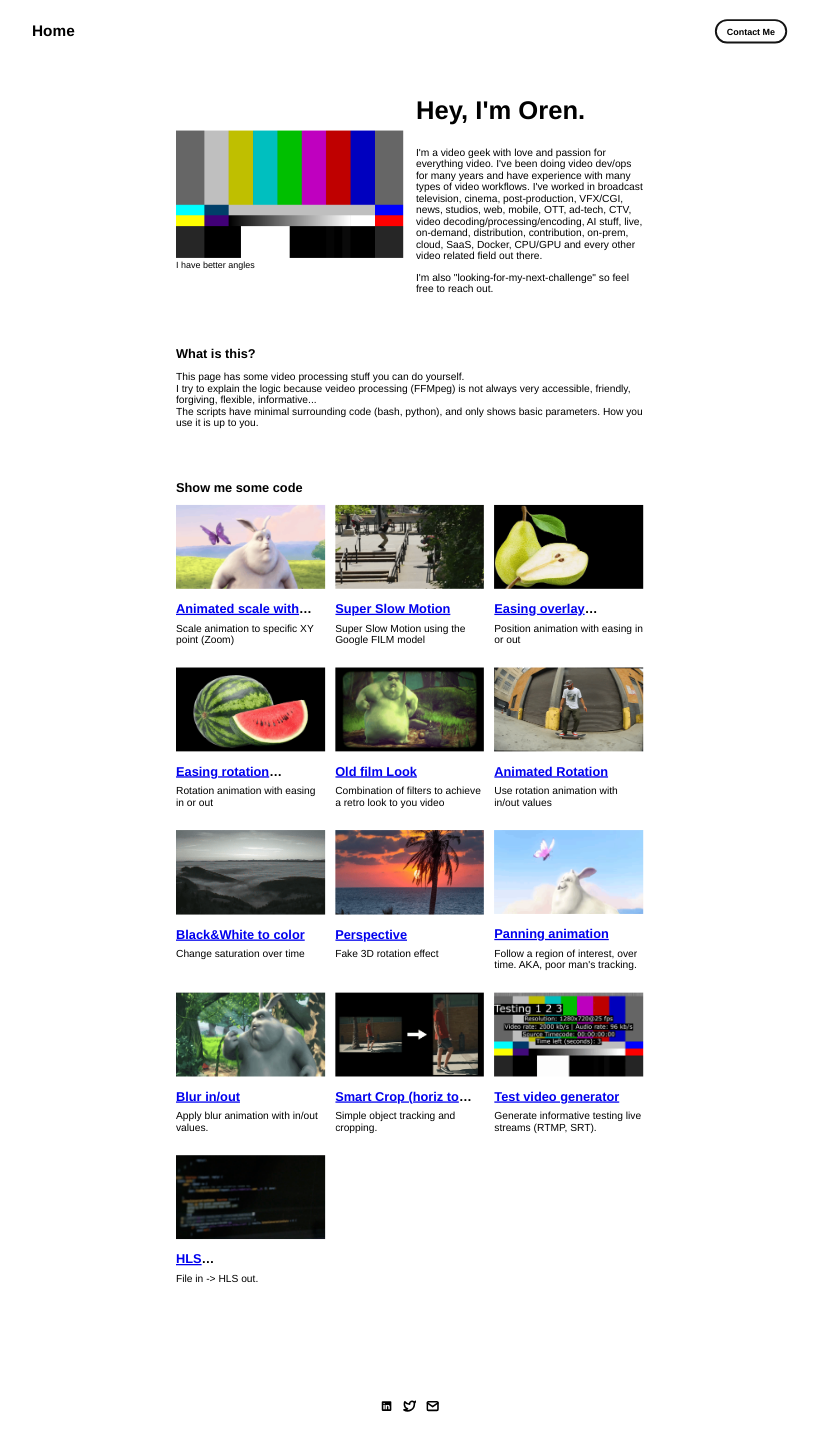
Repository: OrenShalmy/orenshalmy.github.io
Page: index.html
The author's editor kept a copy of each file at every save. The page is drawn from the files as they stood at one save, then again after the next save.
The browser window is 1280 px wide. The pictures show the whole page, at 64% of full size.

Above is the page before, as saved 2024-09-13 18:35:08.

After the next save:
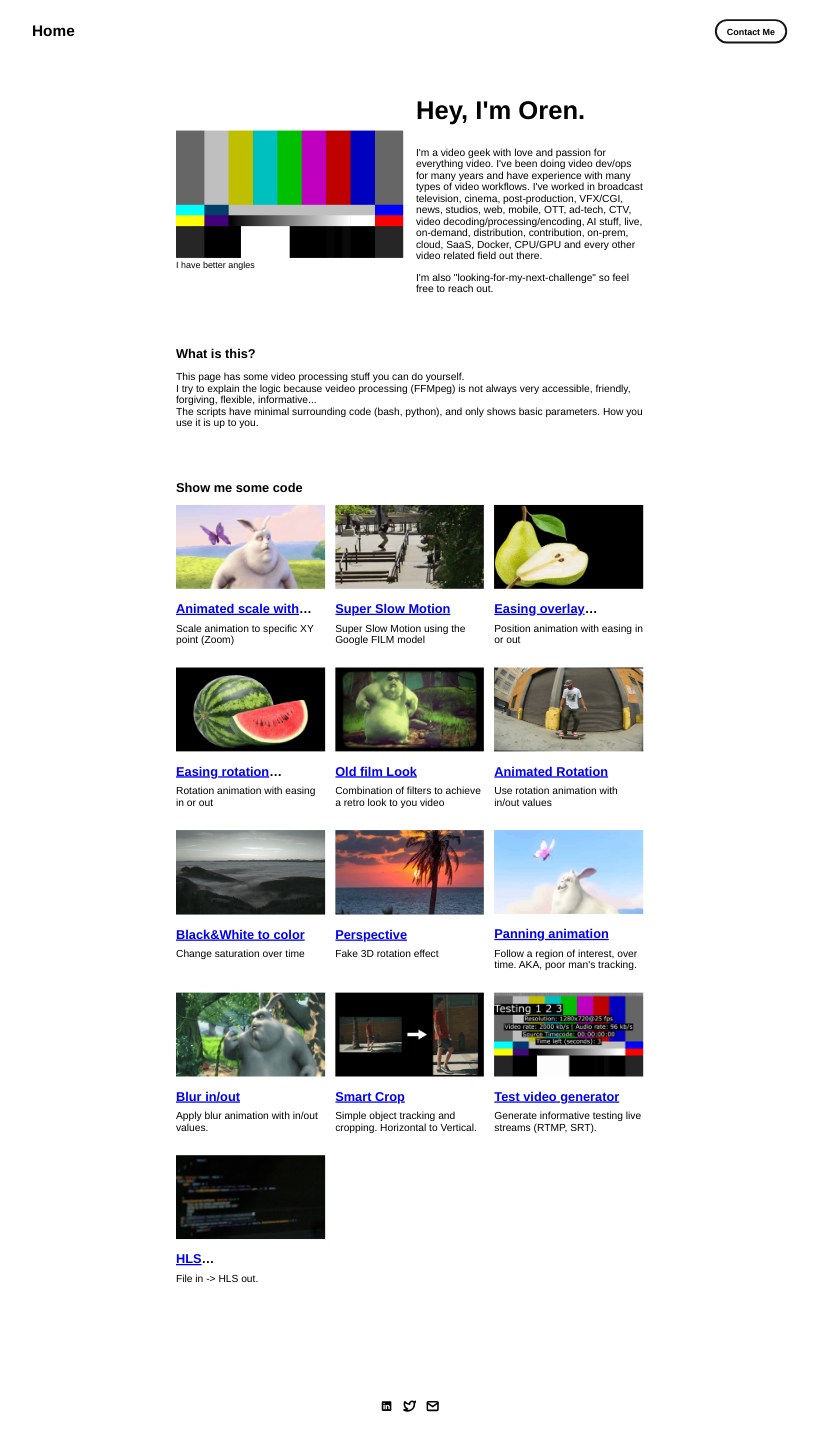
Saved 54 s later.
--- a/index.html
+++ b/index.html
@@ -147,8 +147,8 @@
           <div class="project-card">
             <img src="assets/media/h2v.gif">
             <div class="project-card-text-container">
-                <div class="subheader-text project-title"><a href="project-pages/h2v.html">Smart Crop (horiz to vert)</a></div>
-                <div class="body-text project-card-text">Simple object tracking and cropping.</div>
+                <div class="subheader-text project-title"><a href="project-pages/h2v.html">Smart Crop</a></div>
+                <div class="body-text project-card-text">Simple object tracking and cropping. Horizontal to Vertical.</div>
             </div>
         </div>
 
